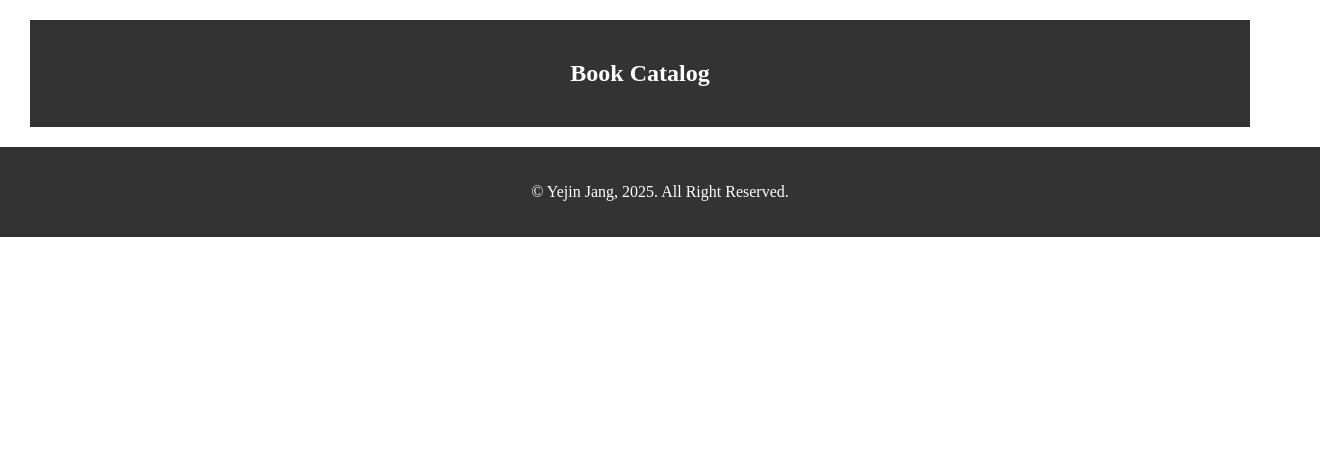
Repository: Yejin-Digital/Lab3-Assignment-BookCatalog
Page: /
The author's editor kept a copy of each file at every save. The page is drawn from the files as they stood at one save, then again after the next save.
The browser window is 1280 px wide. The page is 1320 px wide, so the pictures cover 1320 px, including what lies to the right of the window. The pictures show the whole page.
The project was rebuilt for these pictures with package versions that can differ from the ones it lists, and the page was loaded fresh each time. Also part of the build but not shown: vite.config.js.

Above is the page before, as saved 2025-09-19 01:31:28.

After the next save:
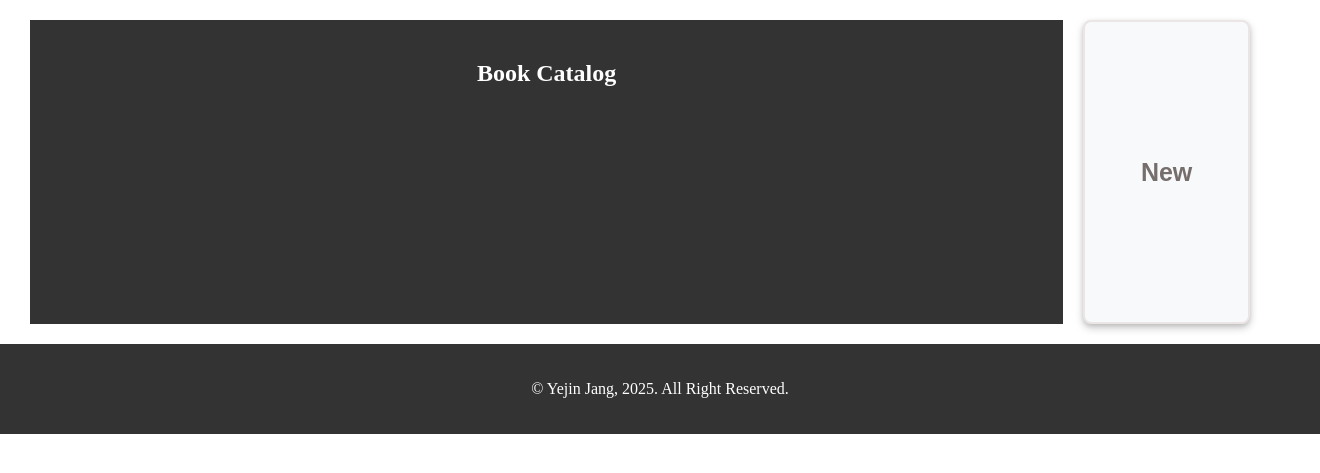
Saved 74 s later.
--- a/src/App.jsx
+++ b/src/App.jsx
@@ -1,11 +1,13 @@
 import Header from './components/Header';
 import Footer from './components/Footer';
+import NewBook from './components/NewBook';
 
 function App() {
   return (
     <div className="app">
       <section className="content">
         <Header />
+        <NewBook />
       </section>
       <Footer />
     </div>
